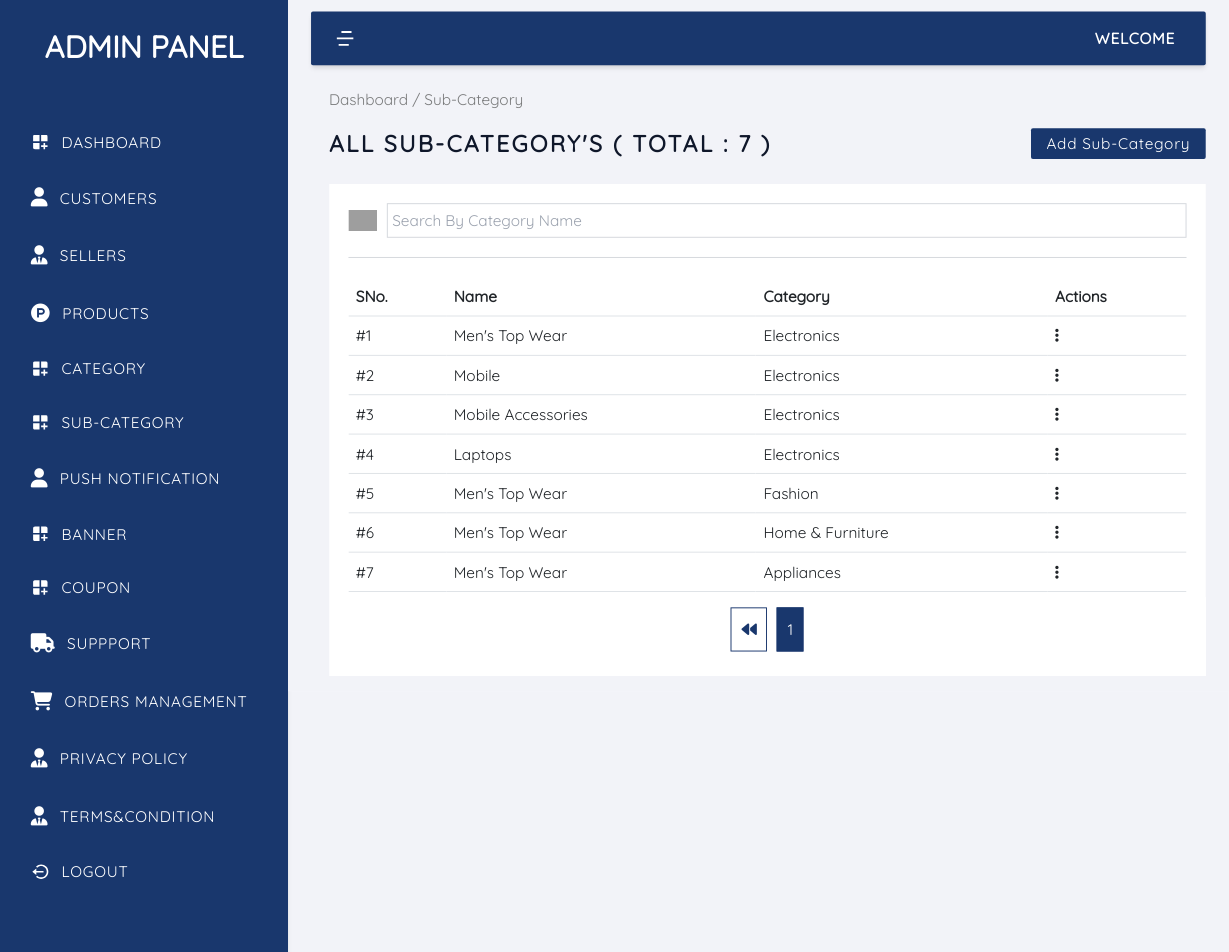
Repository: shishpal2000/admin.aschpro
Page: /SubCategory
These files come from the project's save history. The page is drawn as it stood at one moment and after the next save; the edit follows.
The browser window is 1280 px wide. The pictures show the whole page, at 96% of full size.
Pictures or frames that could not be fetched are drawn as grey boxes. Some web libraries are served in a nearby version. The project was rebuilt for these pictures with package versions that can differ from the ones it lists, and the page was loaded fresh each time. Also part of the build but not shown: src/E-CommerceAdmin/forms/Login.jsx, src/E-CommerceAdmin/pages/Dashboard.jsx, src/E-CommerceAdmin/pages/ECategory.js, src/E-CommerceAdmin/pages/EProduct.js, src/E-CommerceAdmin/pages/EVendorList.js, src/E-CommerceAdmin/pages/EAdminOrders.js, src/E-CommerceAdmin/pages/EAdminDelivery.js, src/E-CommerceAdmin/pages/EAdminCustomer.js and 6 more. Imported but missing from the stored project, and not drawn on this page: src/E-CommerceAdmin/pages/Complaints, src/E-CommerceAdmin/pages/Component/SpinnerComp, src/E-CommerceAdmin/pages/EAdmin, src/E-CommerceAdmin/pages/EAdminProduct, src/E-CommerceAdmin/pages/ESingleProduct, src/E-CommerceAdmin/pages/GetMeThis, src/E-CommerceAdmin/pages/HelpSupport.

Above is the page before, as saved 2023-06-28 16:50:51.

### public/index.html
<!-- @format -->

<!DOCTYPE html>
<html lang="en">
  <head>
    <meta charset="utf-8" />
    <meta name="viewport" content="width=device-width, initial-scale=1" />
    <meta name="theme-color" content="#000000" />
    <meta
      name="description"
      content="Web site created using create-react-app"
    />
    <link rel="icon" href="%PUBLIC_URL%/favicon.png" />
    <link rel="manifest" href="%PUBLIC_URL%/manifest.json" />
    <link rel="preconnect" href="https://fonts.googleapis.com" />
    <link rel="preconnect" href="https://fonts.gstatic.com" crossorigin />
    <link
      href="https://fonts.googleapis.com/css2?family=Roboto+Mono:ital,wght@1,300&display=swap"
      rel="stylesheet"
    />
    <link rel="preconnect" href="https://fonts.googleapis.com">
<link rel="preconnect" href="https://fonts.gstatic.com" crossorigin>
<link href="https://fonts.googleapis.com/css2?family=Quicksand&display=swap" rel="stylesheet">
    <title>Subharambh</title>
  </head>
  <body>
    <noscript>You need to enable JavaScript to run this app.</noscript>
    <div id="root"></div>
    <script src="https://code.jquery.com/jquery-3.6.0.min.js"></script>
    <script
      src="https://kit.fontawesome.com/b533b351e4.js"
      crossorigin="anonymous"
    ></script>
    <script
      type="module"
      src="https://unpkg.com/ionicons@7.1.0/dist/ionicons/ionicons.esm.js"
    ></script>
    <script
      nomodule
      src="https://unpkg.com/ionicons@7.1.0/dist/ionicons/ionicons.js"
    ></script>
  </body>
</html>

### src/E-CommerceAdmin/pages/ESubCategory.js
/** @format */
import React, { useEffect, useState } from "react";
import HOC from "../layout/HOC";
import {
  Table,
  Modal,
  Form,
  Button,
  Alert,
} from "react-bootstrap";
import { Dropdown, Menu } from "antd";

const ESubCategory = () => {
  const [modalShow, setModalShow] = React.useState(false);
  const [edit, setEdit] = useState("");

  const data = [
    {
      category: "Electronics",
      name : "Men's Top Wear"
    },
    {
      category: "Electronics",
      name : "Mobile"
    },
    {
      category: "Electronics",
      name : "Mobile Accessories"
    },
    {
      category: "Electronics",
      name : "Laptops"
    },
    {
      category: "Fashion",
      name : "Men's Top Wear"
    },
    {
      category: "Home & Furniture",
      name : "Men's Top Wear"
    },
    {
      category  : "Appliances",
      name : "Men's Top Wear"
    },
  ];

  // Pagination and Filter
  const [query, setQuery] = useState("");
  const [currentPage2, setCurrentPage2] = useState(1);
  const [postPerPage2] = useState(10);
  const lastPostIndex2 = currentPage2 * postPerPage2;
  const firstPostIndex2 = lastPostIndex2 - postPerPage2;

  let pages2 = [];

  const TotolData = query
    ? data?.filter((i) => i?.name?.toLowerCase().includes(query?.toLowerCase()))
    : data;

  useEffect(() => {
    if (query) {
      setCurrentPage2(1);
    }
  }, [query]);

  const slicedData = TotolData?.slice(firstPostIndex2, lastPostIndex2);

  for (let i = 1; i <= Math.ceil(TotolData?.length / postPerPage2); i++) {
    pages2.push(i);
  }

  function Next() {
    setCurrentPage2(currentPage2 + 1);
  }

  function Prev() {
    if (currentPage2 !== 1) {
      setCurrentPage2(currentPage2 - 1);
    }
  }

  function MyVerticallyCenteredModal(props) {
    return (
      <Modal
        {...props}
        size="lg"
        aria-labelledby="contained-modal-title-vcenter"
        centered
      >
        <Modal.Header closeButton>
          <Modal.Title id="contained-modal-title-vcenter">
            {" "}
            {edit ? "Edit Sub Category" : " Add Sub Category"}
          </Modal.Title>
        </Modal.Header>
        <Modal.Body>
          <Form>

            <Form.Group className="mb-3">
              <Form.Label>Name</Form.Label>
              <Form.Control type="text" required />
            </Form.Group>

            <Button
              style={{ backgroundColor: "#19376d", borderRadius: "0" , border : '1px solid #19376d'}}
              type="submit"
            >
              Submit
            </Button>
          </Form>
        </Modal.Body>
      </Modal>
    );
  }

  return (
    <>
      <MyVerticallyCenteredModal
        show={modalShow}
        onHide={() => setModalShow(false)}
      />

      <section>
        <p className="headP">Dashboard /  Sub-Category</p>
        <div
          className="pb-4   w-full flex justify-between items-center"
          style={{ width: "98%", marginLeft: "2%" }}
        >
          <span
            className="tracking-widest text-slate-900 font-semibold uppercase"
            style={{ fontSize: "1.5rem" }}
          >
            All Sub-Category's ( Total : {data?.length} )
          </span>
          <button
            onClick={() => {
              setEdit(false);
              setModalShow(true);
            }}
            className="md:py-2 px-3 md:px-4 py-1 rounded-sm bg-[#19376d] text-white tracking-wider"
          >
            Add Sub-Category
          </button>
        </div>

        <section className="sectionCont">
          {data?.length === 0 || !data ? (
            <Alert>Sub-Categories Not Found</Alert>
          ) : (
            <>
              <div className="filterBox">
                <img
                  src="https://t4.ftcdn.net/jpg/01/41/97/61/360_F_141976137_kQrdYIvfn3e0RT1EWbZOmQciOKLMgCwG.jpg"
                  alt=""
                />
                <input
                  type="search"
                  placeholder="Search By Category Name"
                  onChange={(e) => setQuery(e.target.value)}
                />
              </div>

              <div className="overFlowCont">
                <Table>
                  <thead>
                    <tr>
                      <th>SNo.</th>
                      <th>Name</th>
                      <th>Category</th>
                      <th>Actions</th>
                    </tr>
                  </thead>
                  <tbody>
                    {slicedData?.map((i, index) => (
                      <tr key={index}>
                        <td>#{index + 1} </td>
                        <td>{i.name} </td>
                        <td> {i.category} </td>
                        <td>
                          <Dropdown
                            overlay={
                              <Menu>
                                <Menu.Item key="2">
                                  <div
                                    className="two_Sec_Div"
                                    onClick={() => {
                                      setEdit(true)
                                      setModalShow(true)
                                    }}
                                  >
                                    <i className="fa-solid fa-pen-to-square"></i>

                                    <p>Edit SubCategory</p>
                                  </div>
                                </Menu.Item>
                                <Menu.Item key="3">
                                  <div className="two_Sec_Div">
                                    <i className="fa-sharp fa-solid fa-trash"></i>
                                    <p>Delete SubCategory</p>
                                  </div>
                                </Menu.Item>
                              </Menu>
                            }
                            trigger={["click"]}
                          >
                            <i className="fa-solid fa-ellipsis-vertical"></i>
                          </Dropdown>
                        </td>
                      </tr>
                    ))}
                  </tbody>
                </Table>
                {/* Pagination */}
                <div className="pagination">
                  <button onClick={() => Prev()} className="prevBtn">
                    <i className="fa-solid fa-backward"></i>
                  </button>
                  {currentPage2 === 1 ? (
                    ""
                  ) : (
                    <button onClick={() => setCurrentPage2(1)}>1</button>
                  )}

                  {pages2
                    ?.slice(currentPage2 - 1, currentPage2 + 3)
                    .map((i, index) =>
                      i === pages2?.length ? (
                        ""
                      ) : (
                        <button
                          key={index}
                          onClick={() => setCurrentPage2(i)}
                          className={currentPage2 === i ? "activePage" : ""}
                        >
                          {" "}
                          {i}{" "}
                        </button>
                      )
                    )}

                  <button
                    onClick={() => setCurrentPage2(pages2?.length)}
                    className={
                      currentPage2 === pages2?.length ? "activePage" : ""
                    }
                  >
                    {" "}
                    {pages2?.length}{" "}
                  </button>

                  {currentPage2 === pages2?.length ? (
                    ""
                  ) : (
                    <button onClick={() => Next()} className="nextBtn">
                      {" "}
                      <i className="fa-sharp fa-solid fa-forward"></i>
                    </button>
                  )}
                </div>
              </div>
            </>
          )}
        </section>
      </section>
    </>
  );
};


export default HOC(ESubCategory);

### src/E-CommerceAdmin/layout/HOC.jsx
/** @format */

import React, { useState } from "react";
import Navbar from "./Navbar";
import Sidebar from "./Sidebar";

const HOC = (Wcomponenet) => {
  return function Component() {
    const [hamb, setHamb] = useState(false);
    return (
      <>
        <section
          className="flex overflow-x-hidden relative "
          style={{ backgroundColor: "#f2f3f8" }}
        >
          {/* Sidebar */}
          <div
            className={
              hamb
                ? " absolute top-0 z-30 md:w-auto shadow-md bg-slate-200  w-60 transition-all md:-left-full left duration-150  h-auto overflow-y-auto  left-0 "
                : " md:w-72 z-30 bg-slate-200  shadow-md  md:static absolute top-0 -left-full   transition-all duration-150  overflow-y-auto h-auto"
            }
            style={{ minWidth: "300px" }}
          >
            <Sidebar hamb={hamb} setHamb={setHamb} />
          </div>
          {/* Components & Navbar */}
          <div
            className={
              hamb
                ? " transition-all px-4 py-2  duration-150 w-full h-screen"
                : " w-full h-screen  px-4 py-2   z-50 transition-all duration-150 "
            }
            style={{ backgroundColor: "#f2f3f8" }}
          >
            <Navbar hamb={hamb} setHamb={setHamb} />
            <div className="my-6 text-#000 h-[87%] wcomp overflow-y-auto">
              {" "}
              <Wcomponenet />
            </div>
          </div>
        </section>
      </>
    );
  };
};

export default HOC;

### src/E-CommerceAdmin/layout/Navbar.jsx
/** @format */

import { RiMenu4Line } from "react-icons/ri";

const Navbar = ({ hamb, setHamb }) => {
  const AdminName = localStorage.getItem("AdminName")
  return (
    <>
      <div
        className={
          hamb
            ? "flex  w-full justify-between  my-1 rounded-sm  p-4 py-3 shadow-md items-center  bg-slate-200 space-x-4"
            : "flex  w-full justify-between my-1 rounded-sm  p-4 py-3 shadow-md items-center  bg-slate-200 space-x-4"
        }
        style={{ backgroundColor: "#19376d" }}
      >
        <RiMenu4Line
          onClick={() => setHamb(!hamb)}
          className="text-2xl font-bold text-gray-900 hover:scale-90 cursor-pointer"
          style={{ color: "#fff" }}
        />

        <section className="flex sm:ml-auto justify-end sm:w-full items-center space-x-2  pr-2">
          <figcaption className="tracking-wider pl-1 font-semibold">
            <div
              className="lg:text-base text-sm text-gray-900  uppercase"
              style={{ color: "#fff" }}
            >
              Welcome {AdminName}
            </div>
          </figcaption>
        </section>
      </div>
    </>
  );
};

export default Navbar;

### src/E-CommerceAdmin/layout/Sidebar.jsx
/** @format */

import React from "react";
import { RiCloseLine } from "react-icons/ri";
import { Link, useNavigate } from "react-router-dom";
import { BiLogOutCircle } from "react-icons/bi";
import { MdDashboardCustomize } from "react-icons/md";

const Sidebar = ({ hamb, setHamb }) => {
  const navigate = useNavigate();

  const nav = [
    {
      icon: <MdDashboardCustomize className="text-xl mr-3 rounded-full " />,
      link: "/dashboard ",
      name: "Dashboard",
    },

    {
      icon: (
        <i className="fa-solid fa-user text-xl mr-3 rounded-full"></i>
      ),
      link: "/Customer",
      name: "Customers",
    },
    {
      icon: <i className="fa-solid fa-user-tie text-xl mr-3 rounded-full"></i>,
      link: "/VendorList",
      name: "Sellers",
    },
    {
      icon: (
    <i className="fa-brands fa-product-hunt text-xl mr-3 rounded-full"></i>
      ),
      link: "/Product",
      name: "Products",
    },
    {
      icon: <MdDashboardCustomize className="text-xl mr-3 rounded-full " />,
      link: "/Category",
      name: "Category",
    },

    {
      icon: <MdDashboardCustomize className="text-xl mr-3 rounded-full " />,
      link: "/SubCategory",
      name: "Sub-Category",
    },
    {
      icon: <i className="fa-solid fa-user text-xl mr-3 rounded-full"></i>,
      link: "/pushNotification",
      name: "Push Notification",
    },

    {
      icon: <MdDashboardCustomize className="text-xl mr-3 rounded-full " />,
      link: "/banner",
      name: "Banner",
    },
    {
      icon: <MdDashboardCustomize className="text-xl mr-3 rounded-full " />,
      link: "/coupon",
      name: "Coupon",
    },

    {
      icon: <i className="fa-solid fa-truck  text-xl mr-3 rounded-full"></i>,
      link: "/Support",
      name: "Suppport",
    },
    {
      icon: (
        <i className="fa-solid fa-cart-shopping text-xl mr-3 rounded-full"></i>
      ),
      link: "/Orders",
      name: "Orders Management",
    },

    {
      icon: <i className="fa-solid fa-user-tie text-xl mr-3 rounded-full"></i>,
      link: "/privacy",
      name: "Privacy Policy",
    },
    {
      icon: <i className="fa-solid fa-user-tie text-xl mr-3 rounded-full"></i>,
      link: "/terms",
      name: "Terms&Condition",
    }
  ];

  const logOut = () => {
    localStorage.clear()
    navigate("/");
  };

  return (
    <>
      <aside
        className="p-4 h-auto"
        style={{ backgroundColor: "#19376d", minHeight: "100vh" }}
      >
        {/* Top */}
        <div className="w-full md:hidden relative  p-2 mb-4">
          <RiCloseLine
            onClick={() => setHamb(!hamb)}
            className="text-3xl  absolute top-2 sm:hover:rotate-[228deg] transition-transform font-bold right-2 sm:hover:text-[22px] text-[rgb(241,146,46)] cursor-pointer"
          />
        </div>{" "}
        <figure className="flex  flex-col items-center">
          <span
            className="font-bold text-[#fff]"
            style={{
              fontSize: "2rem",
              textAlign: "center",
              textTransform: "uppercase",
            }}
          >
            {" "}
            ADMIN PANEL
          </span>
        </figure>
        <nav className="py-6">
          {nav.map((nav) => {
            return (
              <Link
                to={nav.link}
                key={nav.name}
                className=""
                style={{ textDecoration: "none", textTransform: "uppercase" }}
              >
                <span
                  className="flex my-3 items-center cursor-pointer text-gray-900    tracking-wider p-2 rounded-sm"
                  style={{ color: "#FFF" }}
                >
                  {nav.icon} {nav.name}
                </span>
              </Link>
            );
          })}
          <span
            className="flex my-3 items-center cursor-pointer text-gray-900    tracking-wider p-2 rounded-sm"
            onClick={() => logOut()}
            style={{ color: "#FFF", textTransform: "uppercase" }}
          >
            <BiLogOutCircle className="text-xl mr-3 rounded-full " /> LogOut
          </span>
        </nav>
      </aside>
    </>
  );
};

export default Sidebar;

Loaded but not shown: tailwind.config.js (common file); src/App.js (70 lines, source omitted); src/index.js (15 lines, source omitted); src/index.css (533 lines, source omitted)

After the next save:
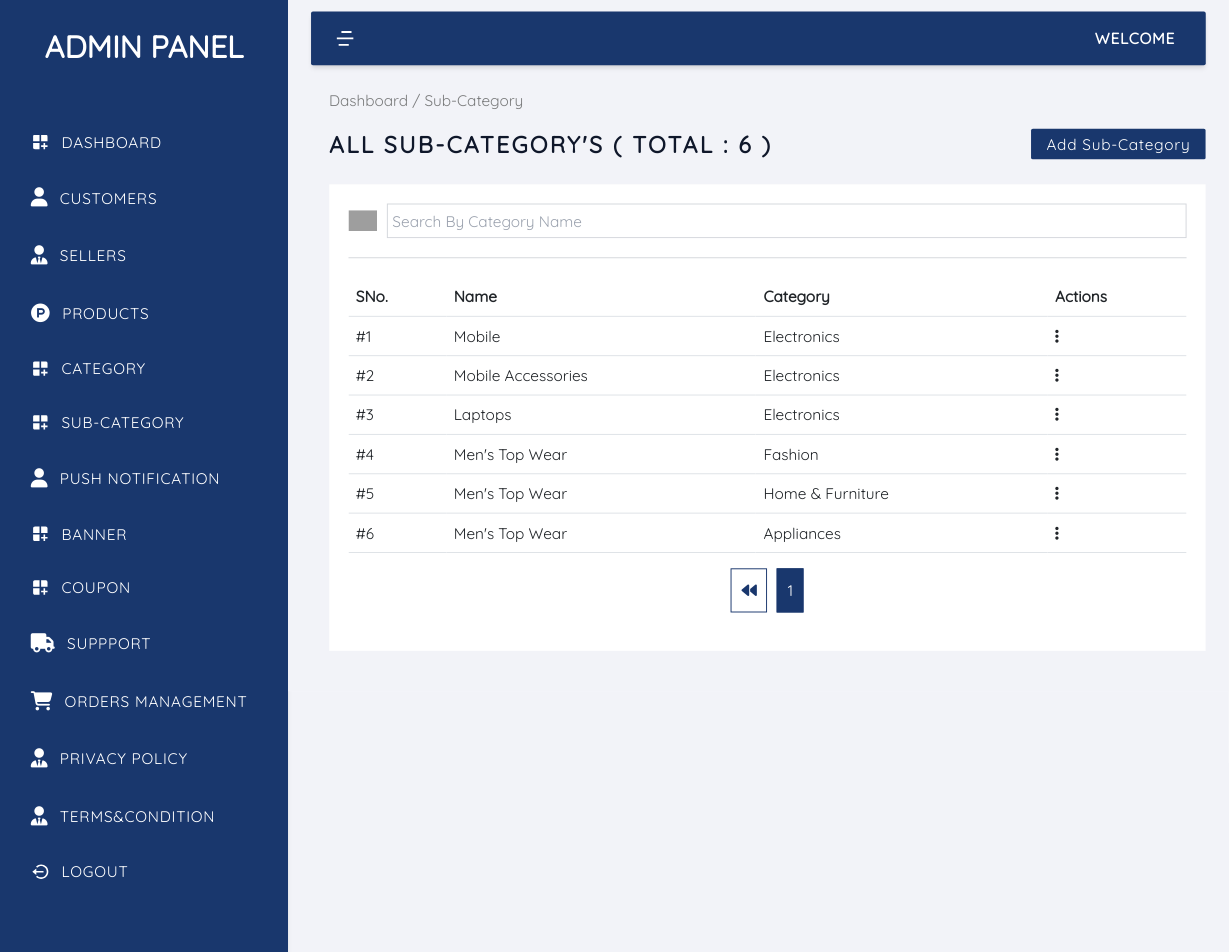
Saved 14 s later.
--- a/src/E-CommerceAdmin/pages/ESubCategory.js
+++ b/src/E-CommerceAdmin/pages/ESubCategory.js
@@ -15,10 +15,6 @@ const ESubCategory = () => {
   const [edit, setEdit] = useState("");
 
   const data = [
-    {
-      category: "Electronics",
-      name : "Men's Top Wear"
-    },
     {
       category: "Electronics",
       name : "Mobile"
